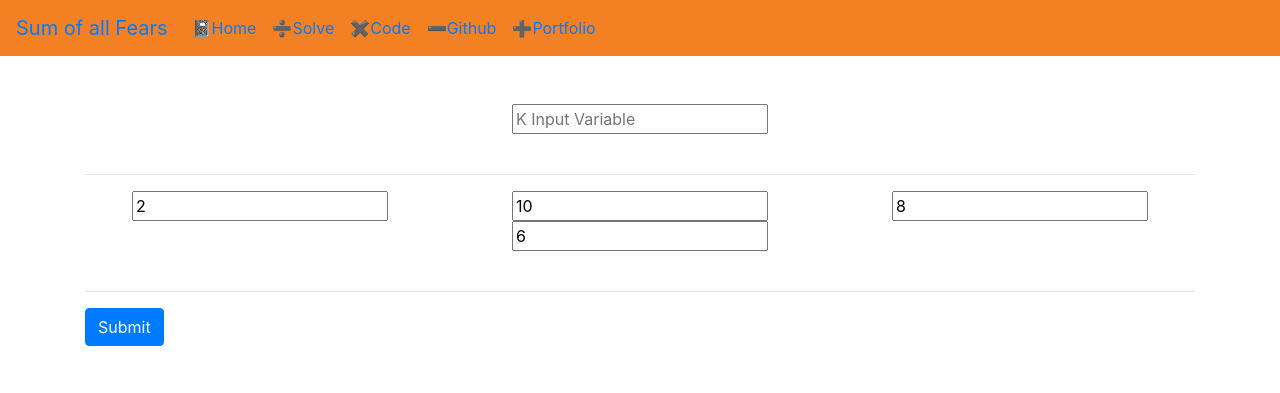
Repository: zhadjah9559/BrainBufferOverflow
Page: solve.html
The author's editor kept a copy of each file at every save. The page is drawn from the files as they stood at one save, then again after the next save.
The browser window is 1280 px wide. The pictures show the whole page.

Above is the page before, as saved 2021-01-18 01:16:41.

### solve.html
<!doctype html>
<html lang="en">
  <head>
    <title>Title</title>
    <!-- Required meta tags -->
    <meta charset="utf-8">
    <meta name="viewport" content="width=device-width, initial-scale=1, shrink-to-fit=no">

    <!-- Bootstrap CSS -->
    <link rel="stylesheet" href="https://stackpath.bootstrapcdn.com/bootstrap/4.3.1/css/bootstrap.min.css" integrity="sha384-ggOyR0iXCbMQv3Xipma34MD+dH/1fQ784/j6cY/iJTQUOhcWr7x9JvoRxT2MZw1T" crossorigin="anonymous">
  </head>
  <body>

    <nav class="navbar navbar-expand-sm" style="background-color: #F48024;">
        <a class="navbar-brand" href="index.html">Sum of all Fears</a>
        <button class="navbar-toggler d-lg-none" type="button" data-toggle="collapse" data-target="#collapsibleNavId" aria-controls="collapsibleNavId"
            aria-expanded="false" aria-label="Toggle navigation"></button>
        <div class="collapse navbar-collapse" id="collapsibleNavId">
            <ul class="navbar-nav mr-auto mt-2 mt-lg-0">
                <li class="nav-item">
                    <a class="nav-link" href="index.html">📓Home </a>
                </li>
                <li class="nav-item active">
                    <a class="nav-link" href="solve.html">➗Solve<span class="sr-only">(current)</span></a>
                </li>
                 <li class="nav-item">
                    <a class="nav-link" href="code.html">✖Code</a>
                </li> <li class="nav-item">
                    <a class="nav-link" href="https://zacharyhadjah.netlify.app">➖Github</a>
                </li>
                <li class="nav-item">
                    <a class="nav-link" href="https://github.com/zhadjah9559/BrainBufferOverflow">➕Portfolio</a>
                </li>
            </ul>

        </div>
    </nav>

    <div class="container">

        <!--K input variable-->
       <div class="row justify-content-center mt-5">
            <input type="number" id="kInput" name="kInput"  placeholder="K Input Variable">
       </div>
       <br/>
       <hr/>

        <!--User Array Inputs-->
        <div class="row justify-content-center mt-2">
            <div class="col-md text-center">
                <input type="number" id="arrayInput1" name="arrayInput0" value="2" placeholder="2">
            </div>
            <div class="col-md text-center">
                <input type="number" id="arrayInput2" name="arrayInput1" value="10" placeholder="10">
            </div>
            <div class="col-md text-center">
                <input type="number" id="arrayInput3" name="arrayInput2" value="8" placeholder="8">
            </div>
            <div class="col-md text-center">
                <input type="number" id="arrayInput4" name="arrayInput3" value="6" placeholder="6">
            </div>
            <p id="output">  </p>
        </div>
        <br/>
        <hr/>

        <!---->
        <div class="row justify-content-center">
            <div class="col">
             <input  class="btn btn-primary" type="submit" id="submitBtn" name="submitBtn"/>
            </div>
        </div>


    </div>


    <!-- Optional JavaScript -->
    <!-- jQuery first, then Popper.js, then Bootstrap JS -->
    <script src="https://code.jquery.com/jquery-3.3.1.slim.min.js" integrity="sha384-q8i/X+965DzO0rT7abK41JStQIAqVgRVzpbzo5smXKp4YfRvH+8abtTE1Pi6jizo" crossorigin="anonymous"></script>
    <script src="https://cdnjs.cloudflare.com/ajax/libs/popper.js/1.14.7/umd/popper.min.js" integrity="sha384-UO2eT0CpHqdSJQ6hJty5KVphtPhzWj9WO1clHTMGa3JDZwrnQq4sF86dIHNDz0W1" crossorigin="anonymous"></script>
    <script src="https://stackpath.bootstrapcdn.com/bootstrap/4.3.1/js/bootstrap.min.js" integrity="sha384-JjSmVgyd0p3pXB1rRibZUAYoIIy6OrQ6VrjIEaFf/nJGzIxFDsf4x0xIM+B07jRM" crossorigin="anonymous"></script>
    <script src="js/site.js"></script>
  </body>
</html>

### js/site.js
    // document.getElementById("btnSubmit").addEventListener("click", doJsWork)

    // hardCodedArray = [10, 15, 3, 7];
    // let numk = parseInt(document.getElementById("kInput").value)
    // let found = false;

    // //Regular program that is working without extra credit
    // function doJsWork(){
    //     for(let i = 0; i = hardCodedArray.length -1; i++){
    //         for (let j = 1; j < hardCodedArray.length; j++) {
    //             if( hardCodedArray[i] + hardCodedArray[j] == numK ){
    //                 output.innerText = `Your number was found! ${hardCodedArray[i]} + ${hardCodedArray[j]} = ${numK}`
    //                 found = true;
    //                 break;
    //             }
    //         }
    //     }
    //     if(!found){
    //         output.innerText = `Your number was not found!`
    //     }
    // }

    //-----------------------------------------------------------------------------------
    //Extra credit
    let numK = document.getElementById("kInput");
    let results = document.getElementById("output");
    let userArray = []
    let ARRAY_SIZE = 4
    document.getElementById("submitBtn").addEventListener("click", evaluateUserInput);

    function evaluateUserInput(){
               //initialize the user inputs using a for loops
               for (let i = 0; i < ARRAY_SIZE; i++) {
                userArray[i] = document.getElementById(`${arrayInput[i]}`)
            }

            for(let i = 0; i = userArray.length -1; i++){
                for (let j = 1; j < userArray.length; j++) {
                    if( userArray[i] + userArray[j] == numK ){
                        output.innerText = `Your number was found! ${userArray[i]} + ${userArray[j]} = ${numK}`
                        found = true;
                        break;
                    }
                }
            }
            if(!found){
                output.innerText = `Your number was not found!`
            }
    }


    //generate array of length that will contain 20 elements
    //those 20 elements will all be random numbers
    // function generateArray() {
    //     let ARRAY_LENGTH = 20                                   //parseInt(document.getElementById("arrayNum").value);
    //     let randomArray = []
    //     for (let i = 0; i < ARRAY_LENGTH; i++) {
    //         randomArray.push(Math.floor(Math.random() * 100) + 1)
    //     }
    //     return randomArray;
    // }

After the next save:
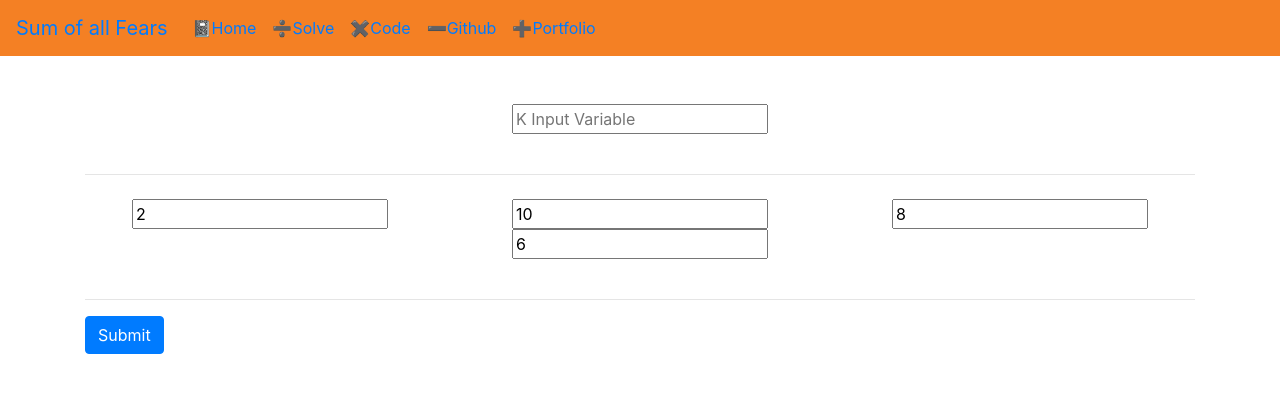
Saved 11 s later.
--- a/solve.html
+++ b/solve.html
@@ -46,7 +46,7 @@
        <hr/>
 
         <!--User Array Inputs-->
-        <div class="row justify-content-center mt-2">
+        <div class="row justify-content-center mt-4">
             <div class="col-md text-center">
                 <input type="number" id="arrayInput1" name="arrayInput0" value="2" placeholder="2">
             </div>
